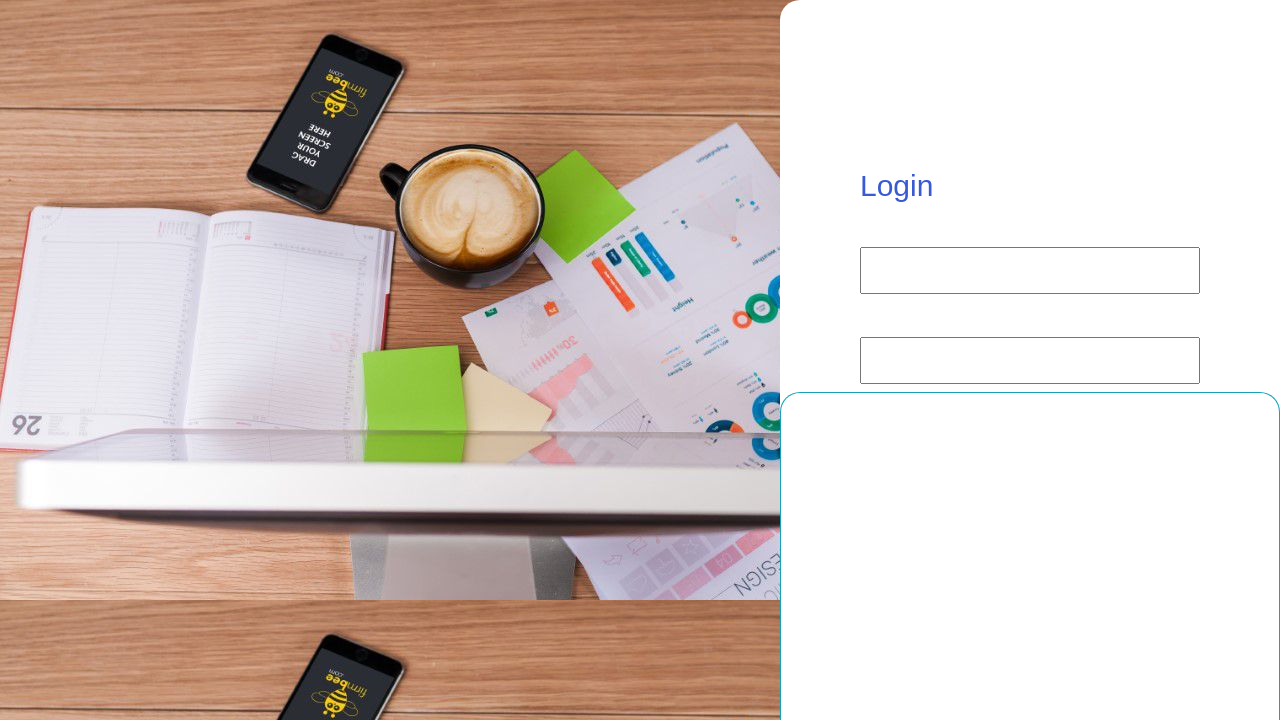
Repository: bayulalu/sekolah-orgaisasi
Page: http://localhost/login-user
These files come from the project's save history. The page is drawn as it stood at one moment and after the next save; the edit follows.
The browser window is 1280 px wide. The pictures show the whole page.
The page is served by the project's Laravel application, run on PHP 8.4 with Laravel 8.

Above is the page before, as saved 2020-07-19 14:23:14.

After the next save:
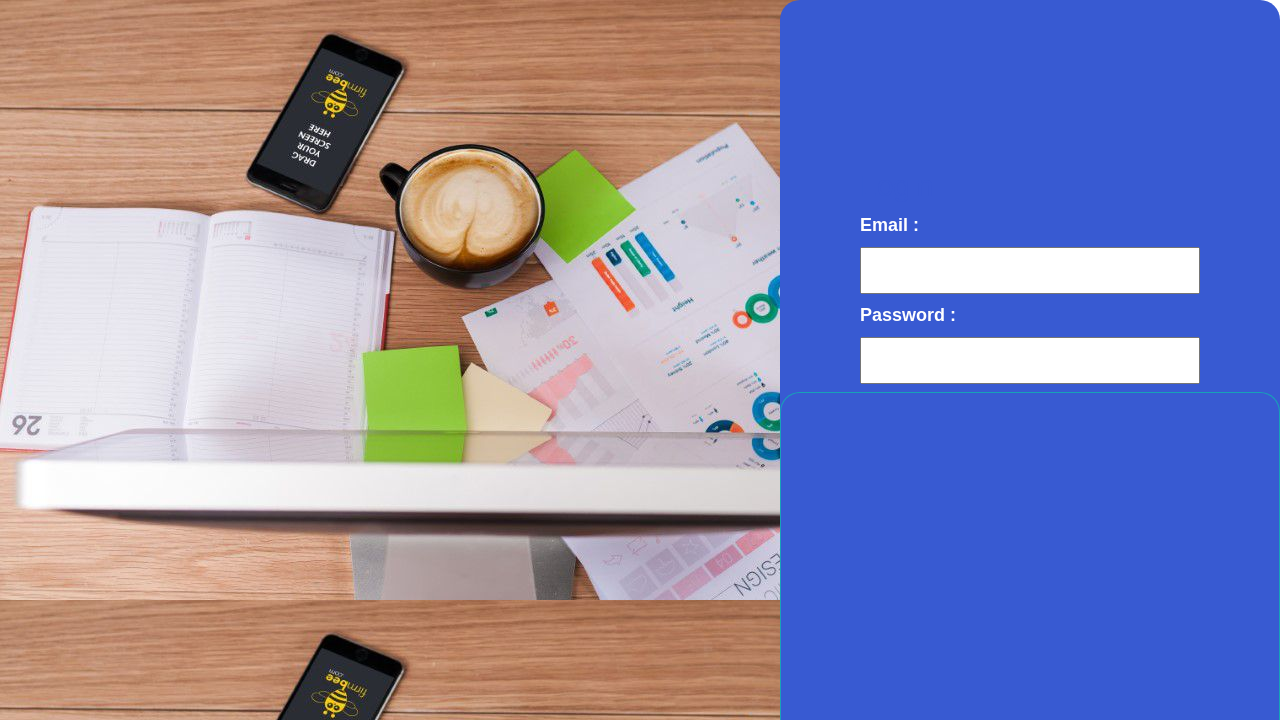
Saved 6 s later.
--- a/public/css/login.css
+++ b/public/css/login.css
@@ -48,6 +48,7 @@
 }
 .login {
     float: right;
+    background: #385ad2;
     font-size: 18px;
     padding: 8px 50px;
     color: white;

After the save that followed:
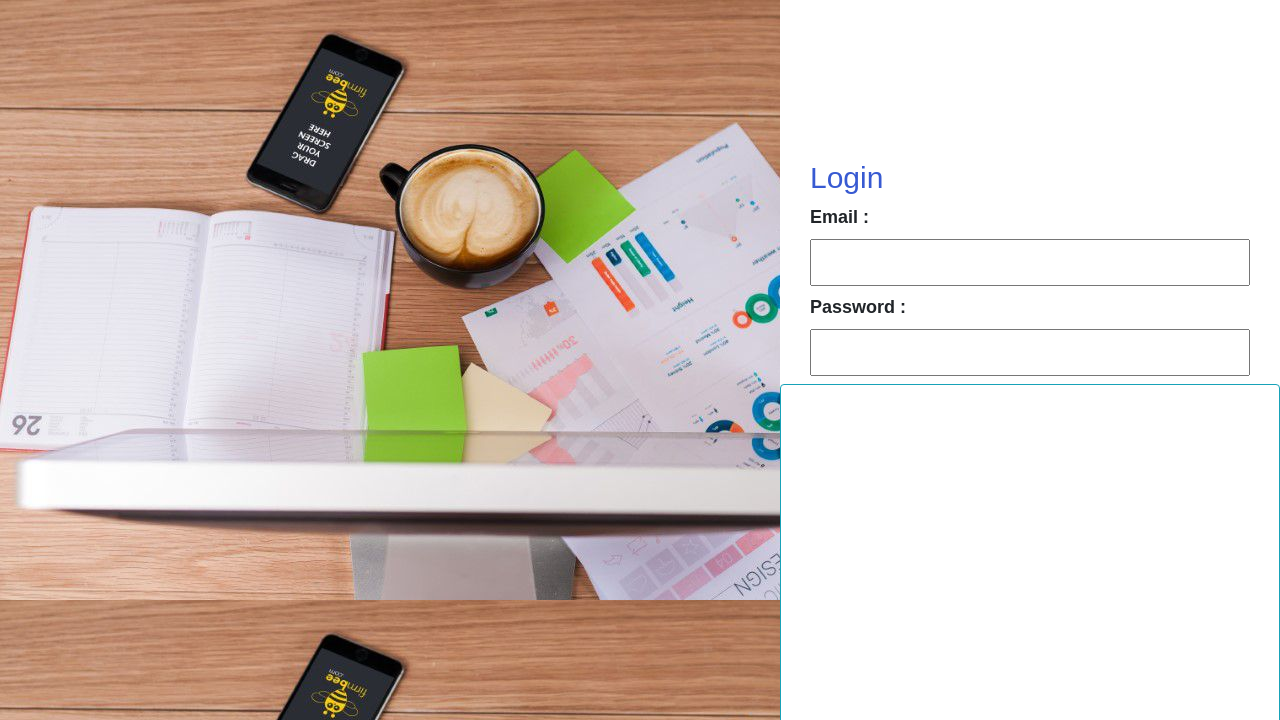
Saved 13 s later.
--- a/public/css/login.css
+++ b/public/css/login.css
@@ -46,7 +46,7 @@
 .check {
     margin: 8px 0;
 }
-.login {
+.login-btn {
     float: right;
     background: #385ad2;
     font-size: 18px;
